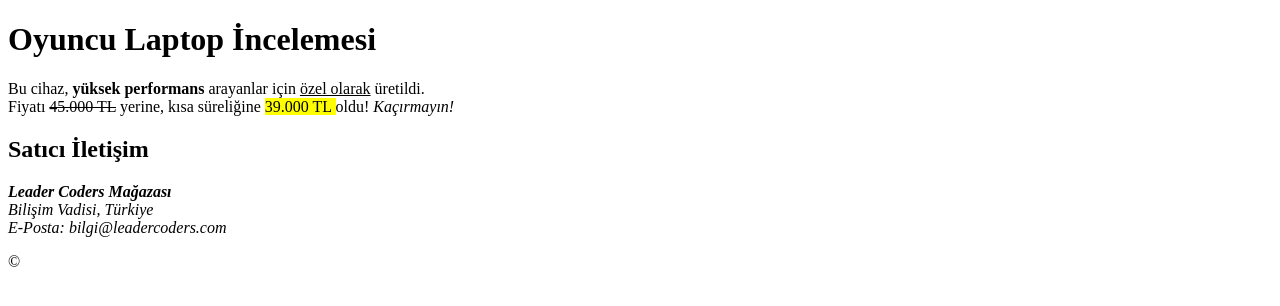
Repository: BeritanBlgn/web-yazilim-muhendisligi
Page: Modul_1/Ders_3/1.3.6_gorev2.html
An editor plug-in stored every save of this project. The page is shown before and after a run of saves, followed by the edit.
The browser window is 1280 px wide. The pictures show the whole page.

Above is the page before, as saved 2026-10-09 22:37:10.

### Modul_1/Ders_3/1.3.6_gorev2.html
<!DOCTYPE html>
<html lang="tr">
<head>
    <meta charset="UTF-8">
    <meta name="viewport" content="width=device-width, initial-scale=1.0">
    <title>Document</title>
</head>
<body>
    <h1>
        Oyuncu Laptop İncelemesi
    </h1>
    <p>
        Bu cihaz, <strong>yüksek performans</strong> arayanlar için
        <u>özel olarak</u> üretildi. <br>
        Fiyatı <del>45.000 TL</del> yerine, kısa süreliğine <mark>
            39.000 TL </mark>oldu! <em>Kaçırmayın!</em>
    </p>
    <h2>Satıcı İletişim</h2>
    <address>
        <strong>
            Leader Coders Mağazası
        </strong> <br>
        Bilişim Vadisi, Türkiye <br>
        E-Posta: bilgi@leadercoders.com
    </address>
    <p>
        &copy;
    </p>
 </body>
</html>

After the next 3 saves:
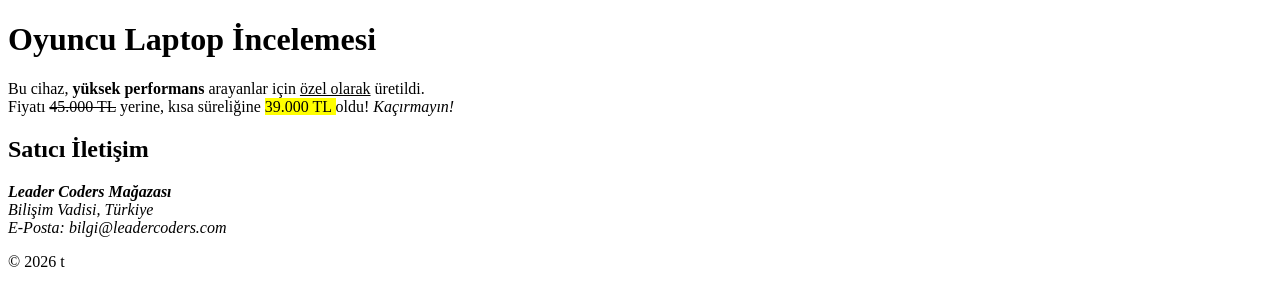
The 3 saves are shown as one change because they came seconds apart.
The last was saved 9 s later.
--- a/Modul_1/Ders_3/1.3.6_gorev2.html
+++ b/Modul_1/Ders_3/1.3.6_gorev2.html
@@ -24,7 +24,7 @@
         E-Posta: bilgi@leadercoders.com
     </address>
     <p>
-        &copy;
+        &copy; 2026 t
     </p>
  </body>
 </html>
